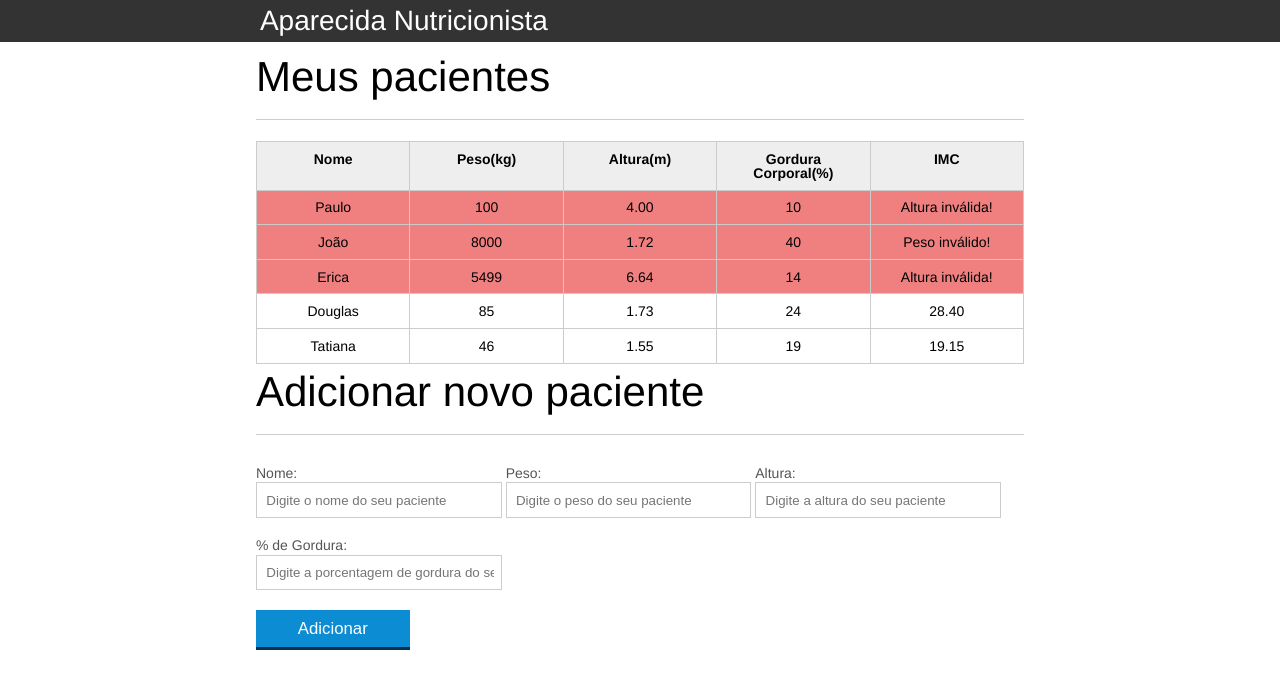
Repository: GabbLps/Controle-de-Clientes-Alura
Page: index.html
The author's editor kept a copy of each file at every save. The page is drawn from the files as they stood at one save, then again after the next save.
The browser window is 1280 px wide. The pictures show the whole page.

Above is the page before, as saved 2022-05-10 17:31:56.

### index.html
<!DOCTYPE html>
<html lang="pt-br">
	<head>
		<meta charset="UTF-8">
		<title>Aparecida Nutrição</title>
		<link rel="icon" href="favicon.ico" type="image/x-icon">
		<link rel="stylesheet" type="text/css" href="css/reset.css">
		<link rel="stylesheet" type="text/css" href="css/index.css">

	</head>
	<body>

		<header>
			<div class="container">
				<h1 class="titulo">Aparecida Nutrição</h1>
			</div>
		</header>
		<main>
			<section class="container">
				<h2>Meus pacientes</h2>
				<table>
					<thead>
						<tr>
							<th>Nome</th>
							<th>Peso(kg)</th>
							<th>Altura(m)</th>
							<th>Gordura Corporal(%)</th>
							<th>IMC</th>
						</tr>
					</thead>
					<tbody id="tabela-pacientes">
						<tr class="paciente" id="primeiro-paciente" >
							<td class="info-nome">Paulo</td>
							<td class="info-peso">100</td>
							<td class="info-altura">4.00</td>
							<td class="info-gordura">10</td>
							<td class="info-imc">0</td>
						</tr>

						<tr class="paciente" >
							<td class="info-nome">João</td>
							<td class="info-peso">8000</td>
							<td class="info-altura">1.72</td>
							<td class="info-gordura">40</td>
							<td class="info-imc">0</td>
						</tr>

						<tr class="paciente" >
							<td class="info-nome">Erica</td>
							<td class="info-peso">5499</td>
							<td class="info-altura">6.64</td>
							<td class="info-gordura">14</td>
							<td class="info-imc">0</td>
						</tr>

						<tr class="paciente">
							<td class="info-nome">Douglas</td>
							<td class="info-peso">85</td>
							<td class="info-altura">1.73</td>
							<td class="info-gordura">24</td>
							<td class="info-imc">0</td>
						</tr>
						<tr class="paciente" >
							<td class="info-nome">Tatiana</td>
							<td class="info-peso">46</td>
							<td class="info-altura">1.55</td>
							<td class="info-gordura">19</td>
							<td class="info-imc">0</td>
						</tr>
					</tbody>
				</table>

			</section>
		</main>

		<section class="container">
			<h2 id="titulo-form">Adicionar novo paciente</h2>
			<form id="form-adiciona">
				<div class="grupo">
					<label for="nome">Nome:</label>
					<input id="nome" name="nome" type="text" placeholder="Digite o nome do seu paciente" class="campo">
				</div>
				<div class="grupo">
					<label for="peso">Peso:</label>
					<input id="peso" name="peso" type="text" placeholder="Digite o peso do seu paciente" class="campo campo-medio">
				</div>
				<div class="grupo">
					<label for="altura">Altura:</label>
					<input id="altura" name="altura" type="text" placeholder="Digite a altura do seu paciente" class="campo campo-medio">
				</div>
				<div class="grupo">
					<label for="gordura">% de Gordura:</label>
					<input id="gordura" type="text" placeholder="Digite a porcentagem de gordura do seu paciente" class="campo campo-medio">
				</div>

				<button id="adicionar-paciente" class="botao bto-principal">Adicionar</button>
			</form>
		</section>

		<script src="js/calcula-imc.js"></script>
		<script src="js/form.js"></script>
	</body>
</html>

### css/index.css
*{
	box-sizing: border-box;
 }

body{
	font-family: "Helvetica Neue", "Helvetica", Helvetica, Arial, sans-serif;
	font-size: 14px;
}

header{
	background-color: #333;
	height: 3em;
	color: #FFF;
	margin-bottom: 1em;
}

header h1{
	font-size: 2em;
	display:inline-block;
	vertical-align:	middle;
}
header h2{
	font-size: 2em;
	display:inline-block;
	vertical-align:	middle;
}

header .container:before{
	content: '';
	display:inline-block;
	height: 100%;
	vertical-align:	middle;
}

.container{
	width: 60%;
	height: 100%;
	margin: 0 auto;
}

section{
	margin: 2em 0;
	overflow: hidden;
}

section h2{
	font-size: 3em;
	display: block;
	padding-bottom: .5em;
	border-bottom: 1px solid #ccc;
	margin-bottom: .5em;
}

table{
	width: 100%;
	margin-bottom : .5em;
    table-layout: fixed;

}

td, th {
	padding: .7em;
	margin: 0;
	border: 1px solid #ccc;
	text-align: center;
}

th{
	font-weight: bold;
	background-color: #EEE;
}

label{
	color: #555;
	display: block;
	margin-bottom: .2em;
}

.campo{
	margin: 0;
	padding-bottom: 1em;
	width: 100%;
	border: 1px solid #ccc;
	padding: .7em;
	width: 100%;
}

.campo-medio{
	display: inline-block;
	padding-right: .5em;
}

.grupo{
	width: 32%;
	display: inline-block;
	padding: 10px 0px;
}

button{
	padding: .5em 2em;
	border: 0;
	border-bottom: 3px solid;
	font-size: 1.2em;
	cursor: pointer;
	margin: 0;
	margin-top: -3px;
	color: #fff;
	background-color:#0c8cd3;
	border-color: #04324c;
	width: 20%;
    display: block;
    clear: both;
    margin: 10px 0px;

}

button:active{
	margin-top:0px;
	border: 0;
}

button[disabled=disabled], button:disabled {
    background-color: gray;
	border-color: darkgray;

}

.adicionar-paciente{
    margin-top: 30px;
}

.campo-invalido{
	border: 1px solid red;
}

#mensagem-erro{
	color:red;
}

.paciente-invalido {
	background-color: lightcoral;
}

### js/calcula-imc.js
var titulo = document.querySelector(".titulo");
titulo.textContent = "Aparecida Nutricionista";

var pacientes = document.querySelectorAll(".paciente");

for(var i = 0;i < pacientes.length; i++) {

    var paciente = pacientes[i];

    var tdPeso = paciente.querySelector(".info-peso");
    var peso = tdPeso.textContent;

    var tdAltura = paciente.querySelector(".info-altura");
    var altura = tdAltura.textContent;

    var tdImc = paciente.querySelector(".info-imc");

    var pesoEhValido = validaPeso(peso); //true or false
    var alturaEhValida = validaAltura(altura); //true or false

    if(!pesoEhValido) {
        console.log("Peso inválido!")
        pesoEhValido = false;
        tdImc.textContent = "Peso inválido!"
        paciente.classList.add("paciente-invalido");
    }

    if(!alturaEhValida) {
        console.log("Altura inválida!")
        pesoEhValido = false;
        tdImc.textContent = "Altura inválida!";
        paciente.classList.add("paciente-invalido");
    }

    if(pesoEhValido && alturaEhValida) {
        var imc = calculaImc(peso,altura);
        tdImc.textContent = imc;
    }
}

function validaPeso(peso) {
    if(peso >= 0 && peso < 1000) {
        return true;
    }else{
        return false;
    }
}

function validaAltura(altura) {
    if(altura >= 0 && altura <= 3.0) {
        return true;
    } else {
        return false;
    }
}

function calculaImc(peso,altura) {
    var imc = 0;

    imc = peso / (altura*altura);

    return imc.toFixed(2);
}

### js/form.js
var botaoAdicionar = document.querySelector("#adicionar-paciente");
botaoAdicionar.addEventListener("click", function(event) {
    event.preventDefault();

    var form = document.querySelector("#form-adiciona");
    var paciente = obtemPacienteDoFormulario(form);

    var pacienteTr = montaTr(paciente);

    //  Adicionando paciente na tabela
    var tabela = document.querySelector("#tabela-pacientes");

    tabela.appendChild(pacienteTr);
    form.reset();
});

function obtemPacienteDoFormulario(form) {

    var paciente = {
        nome: form.nome.value,
        peso: form.peso.value,
        altura: form.altura.value,
        gordura: form.gordura.value,
        imc: calculaImc(form.peso.value, form.altura.value)
    }
    return paciente;
}

function montaTr(paciente){
    var pacienteTr = document.createElement("tr");  // Cria uma tr
    pacienteTr.classList.add("paciente");

    pacienteTr.appendChild(montaTd(paciente.nome, "info-nome"));   // Adiciona nomeTd dentro da Tr
    pacienteTr.appendChild(montaTd(paciente.peso, "info-peso"));
    pacienteTr.appendChild(montaTd(paciente.altura, "info-altura"));
    pacienteTr.appendChild(montaTd(paciente.gordura, "info-gordura"));
    pacienteTr.appendChild(montaTd(paciente.imc, "info-imc"));

    return pacienteTr;
}

function montaTd(dado,classe) {
    var td = document.createElement("td");  // Cria uma  td
    td.textContent = dado;   //  Adiciona um valor para essa td
    td.classList.add(classe); // Adiciona a classe no Td
    return td;
}

Loaded but not shown: css/reset.css (common file)

After the next save:
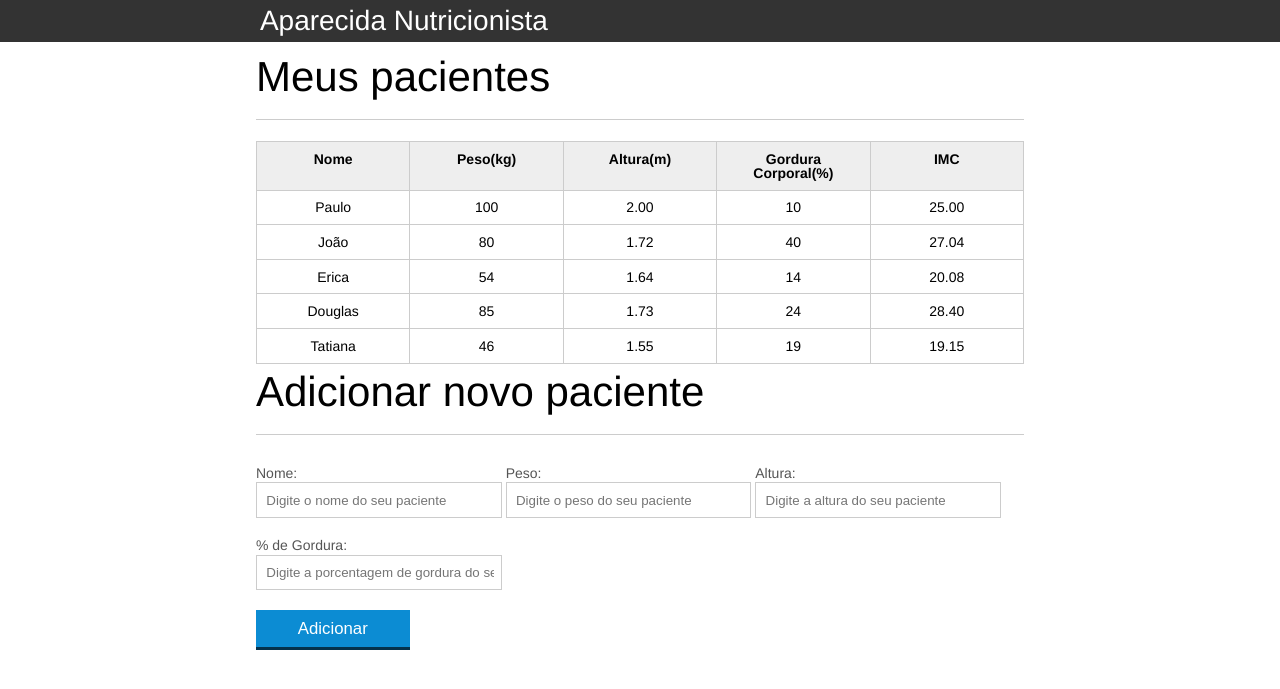
Saved 18 s later.
--- a/index.html
+++ b/index.html
@@ -32,14 +32,14 @@
 						<tr class="paciente" id="primeiro-paciente" >
 							<td class="info-nome">Paulo</td>
 							<td class="info-peso">100</td>
-							<td class="info-altura">4.00</td>
+							<td class="info-altura">2.00</td>
 							<td class="info-gordura">10</td>
 							<td class="info-imc">0</td>
 						</tr>
 
 						<tr class="paciente" >
 							<td class="info-nome">João</td>
-							<td class="info-peso">8000</td>
+							<td class="info-peso">80</td>
 							<td class="info-altura">1.72</td>
 							<td class="info-gordura">40</td>
 							<td class="info-imc">0</td>
@@ -47,8 +47,8 @@
 
 						<tr class="paciente" >
 							<td class="info-nome">Erica</td>
-							<td class="info-peso">5499</td>
-							<td class="info-altura">6.64</td>
+							<td class="info-peso">54</td>
+							<td class="info-altura">1.64</td>
 							<td class="info-gordura">14</td>
 							<td class="info-imc">0</td>
 						</tr>
